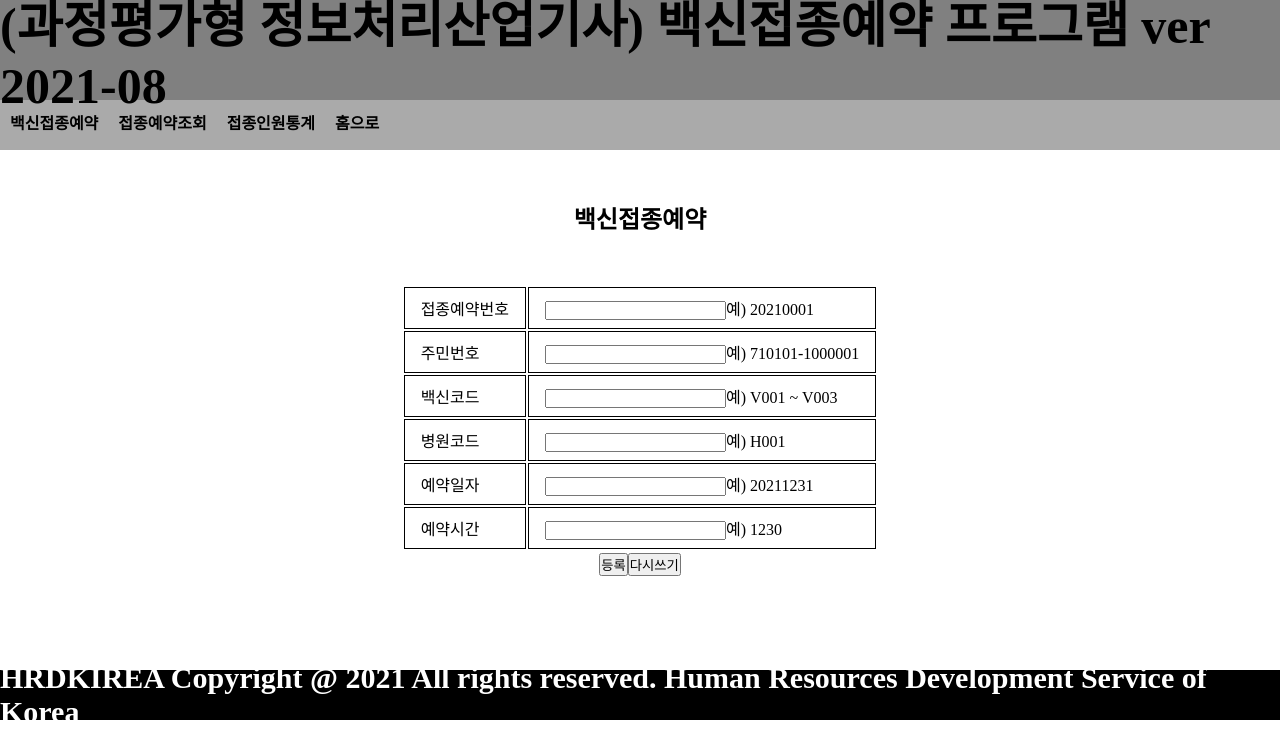
Repository: Ranranruo/info-processing
Page: http://localhost/20250424/insert.jsp
These files come from the project's save history. The page is drawn as it stood at one moment and after a run of saves; the edit follows.
The browser window is 1280 px wide. The pictures show the whole page.
The page is served by Tomcat 9.

Above is the page before, as saved 2025-04-24 07:39:53.

### 20250424/src/main/webapp/insert.jsp
<%@page import="java.sql.Connection"%>
<%@page import="java.sql.DriverManager"%>
<%@ page language="java" contentType="text/html; charset=UTF-8"
    pageEncoding="UTF-8"%>
<%
	Class.forName("oracle.jdbc.OracleDriver");
	Connection con = DriverManager.getConnection("jdbc:oracle:thin:@//localhost:1521/xe", "system", "1234");
%>
<!DOCTYPE html>
<html>
<head>
<meta charset="UTF-8">
<title>Insert title here</title>
<style>
* {padding:0; margin: 0; text-decoration: none; color: inherit;}
.c { display: flex; justify-content: center; align-items: center;}
td{ border: 1px solid black; padding: .5em 1em;}
</style>
</head>
<body>
<header class="c" style="background-color: gray; color: #000; font-weight: bold; font-size: 50px; height: 100px;">(과정평가형 정보처리산업기사) 백신접종예약 프로그램 ver 2021-08</header>
<nav style="display: flex; padding: 10px; gap: 20px; background: #aaa; color: black; font-weight: bold; height:30px;">
<a href="insert.jsp">백신접종예약</a>
<a href="select.jsp">접종예약조회</a>
<a href="view.jsp">접종인원통계</a>
<a href="index.jsp">홈으로</a>
</nav>
<section style="min-height: calc(100vh - 200px); display: flex; flex-direction: column; align-items: center;">
<h1 class="c" style="padding: 50px;">백신접종예약</h1>
<form action="insertCtrl.jsp">
<table>
<tr>
<td>접종예약번호</td>
<td>
	<input id="no" name="no"/>예) 20210001
</td>
</tr>
<tr>
<td>주민번호</td>
<td>
	<input id="jumin" name="jumin"/>예) 710101-1000001
</td>
</tr>
<tr>
<td>백신코드</td>
<td>
	<input id="vcode" name="vcode"/>예) V001 ~ V003
</td>
</tr>
<tr>
<td>병원코드</td>
<td>
	<input id="hcode" name="hcode"/>예) H001
</td>
</tr>
<tr>
<td>예약일자</td>
<td>
	<input id="date" name="date"/>예) 20211231
</td>
</tr>
<tr>
<td>예약시간</td>
<td>
	<input id="time" name="time"/>예) 1230
</td>
</tr>
<tr>
</tr>
</table>
<div style="display: flex; justify-content: center;">
<button>등록</button>
<button id="reset" type="reset">다시쓰기</button>
</div>
</form>
</section>
<footer class="c" style="background-color: black; color: #fff; font-weight: bold; font-size: 30px; height: 50px;">HRDKIREA Copyright @ 2021 All rights reserved. Human Resources Development Service of Korea</footer>
<script>
const $ = (s) => document.querySelector(s);
$("form").addEventListener("submit", (e)=> {
	if($("#no").value == "") {
		alert("접종예약번호가 입력되지 않았습니다.");
		e.preventDefault();
		$("#no").focus();
	}
	else if($("#jumin").value == "") {
		alert("주민번호가 입력되지 않았습니다.");
		e.preventDefault();
		$("#jumin").focus();
	}
	else if($("#vcode").value == "") {
		alert("백신코드가 입력되지 않았습니다.");
		e.preventDefault();
		$("#vcode").focus();
	}
	else if($("#hcode").value == "") {
		alert("병원코드가 입력되지 않았습니다.");
		e.preventDefault();
		$("#hcode").focus();
	}
	else if($("#date").value == "") {
		alert("예약 일자가 입력되지 않았습니다.");
		e.preventDefault();
		$("#date").focus();
	}
	else if($("#time").value == "") {
		alert("예약시간 입력되지 않았습니다.");
		e.preventDefault();
		$("#time").focus();
	}

});
$("#reset").addEventListener("click", ()=> {
	alert("정보를 지우고 처음부터 다시 입력합니다!");
});
</script>
</body>
</html>

After the next 2 saves:
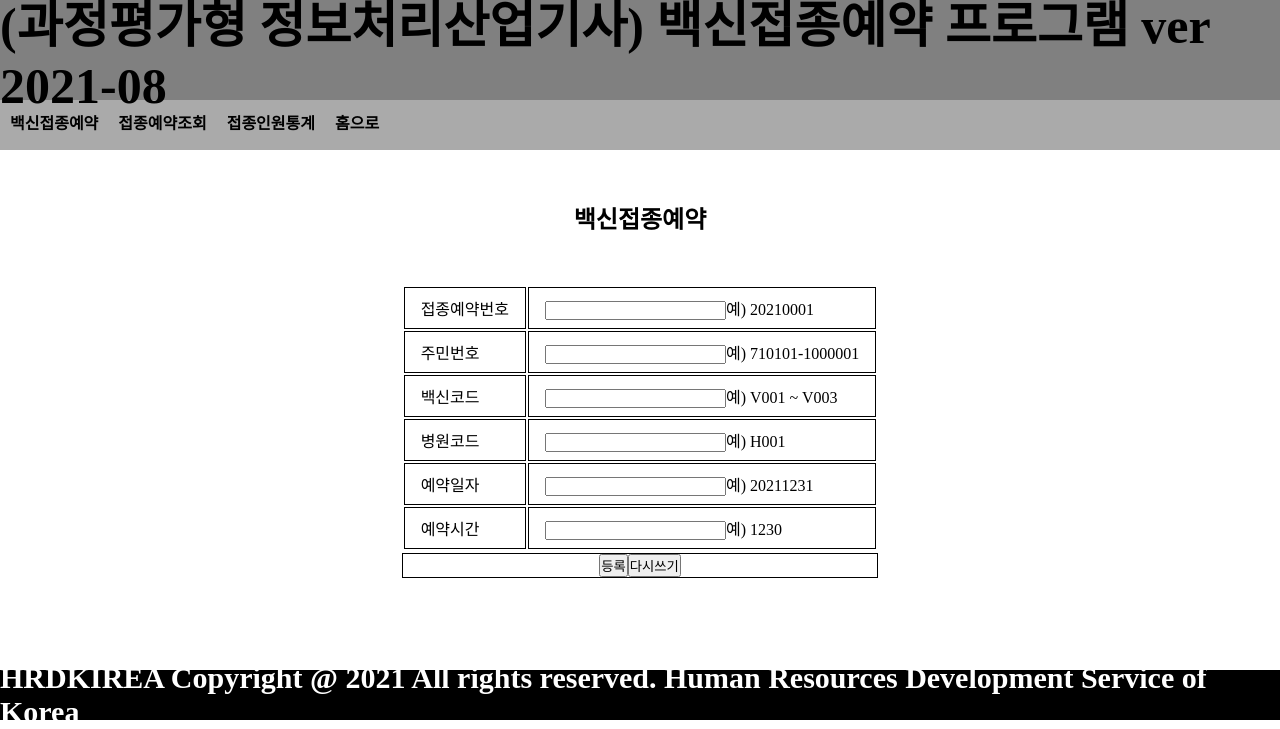
The 2 saves are shown as one change because they came seconds apart.
The last was saved 24 s later.
--- a/20250424/src/main/webapp/insert.jsp
+++ b/20250424/src/main/webapp/insert.jsp
@@ -68,7 +68,7 @@ td{ border: 1px solid black; padding: .5em 1em;}
 <tr>
 </tr>
 </table>
-<div style="display: flex; justify-content: center;">
+<div style="border: 1px solid black; display: flex; justify-content: center;">
 <button>등록</button>
 <button id="reset" type="reset">다시쓰기</button>
 </div>
